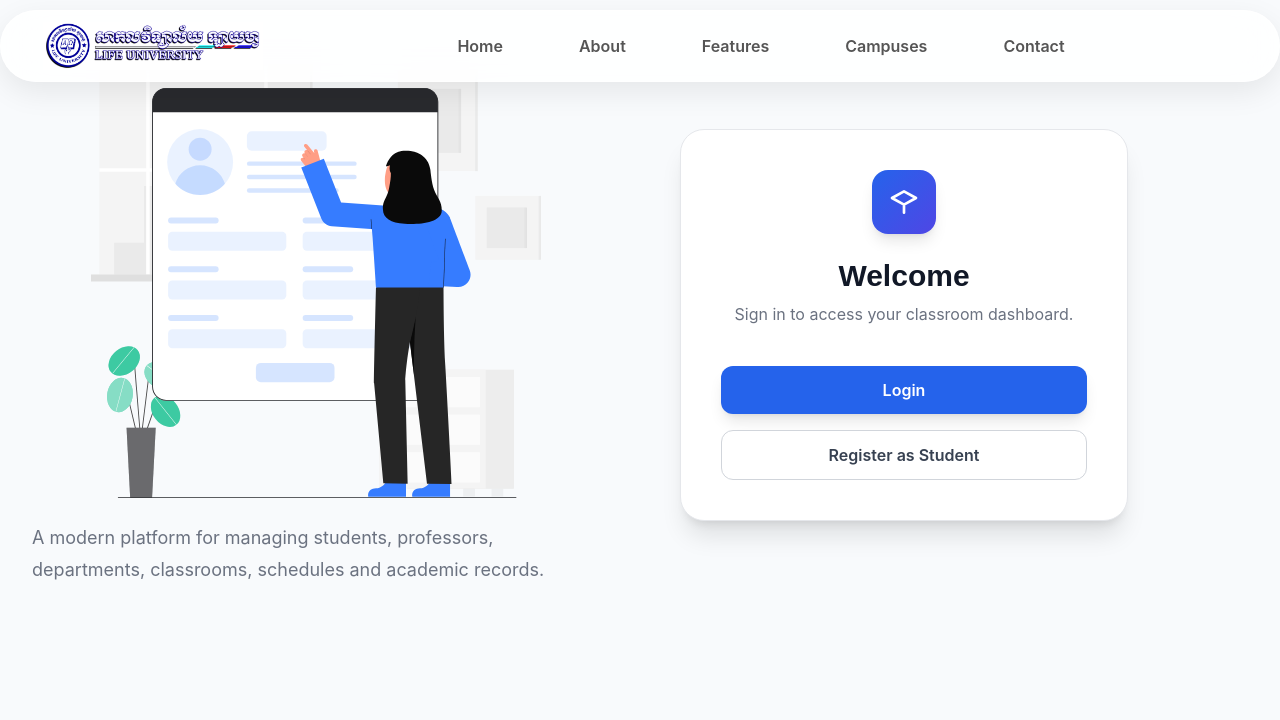
Repository: Chocovcandy/Classroom_Management_System
Page: http://localhost/Login_page
The author's editor kept a copy of each file at every save. The page is drawn from the files as they stood at one save, then again after a run of saves.
The browser window is 1280 px wide. The pictures show the whole page.
Some web libraries are served in a nearby version. The page is served by the project's Laravel application, run on PHP 8.4 with Laravel 12. Other server files are loaded and not shown.

Above is the page before, as saved 2026-08-12 09:54:11.

### routes/web.php
<?php

use App\Http\Controllers\ProfileController;
use App\Http\Controllers\RoleSelectController;
use Illuminate\Support\Facades\Route;
use App\Http\Controllers\Admin\DepartmentController;
use App\Http\Controllers\Admin\UserController;

//public routes
Route::get('/', function () {
    return view('welcome');
})->name('welcome');

Route::get('/Login_page', function () {
    return view('Login_page');
})->name('Login_page');


// Authentication routes (login, register, etc.) are provided by Breeze
Route::middleware(['auth'])->group(function () {

    // Role selection (after login)
    Route::get('/role/select', [RoleSelectController::class, 'show'])
        ->name('role.select');

    Route::post('/role/select', [RoleSelectController::class, 'store'])
        ->name('role.select.store');

    // Profile (any logged-in user)
    Route::controller(ProfileController::class)->group(function () {
        Route::get('/profile', 'edit')->name('profile.edit');
        Route::patch('/profile', 'update')->name('profile.update');
        Route::delete('/profile', 'destroy')->name('profile.destroy');
    });

    // Admin routes
    Route::prefix('admin')
        ->name('admin.')
        ->middleware(['role:Admin'])
        ->group(function () {

            Route::view('/dashboard', 'admin.dashboard')
                ->name('dashboard');

            Route::resource('users', UserController::class);
            Route::resource('departments', DepartmentController::class);
        });

 // Dean rputes
    Route::prefix('dean')
        ->name('dean.')
        ->middleware(['role:Dean'])
        ->group(function () {
            Route::view('/dashboard', 'dean.dashboard')
                ->name('dashboard');
        });

    //HoD routes
    Route::prefix('hod')
        ->name('hod.')
        ->middleware(['role:HoD'])
        ->group(function () {
            Route::view('/dashboard', 'hod.dashboard')
                ->name('dashboard');
        });

    // Professor routes
    Route::prefix('professor')
        ->name('professor.')
        ->middleware(['role:Professor'])
        ->group(function () {
            Route::view('/dashboard', 'professor.dashboard')
                ->name('dashboard');
        });

    // Student routes
    Route::prefix('student')
        ->name('student.')
        ->middleware(['role:Student'])
        ->group(function () {
            Route::view('/dashboard', 'student.dashboard')
                ->name('dashboard');
        });


});

require __DIR__.'/auth.php';

### resources/views/Login_page.blade.php
<!DOCTYPE html>
<html lang="en">

<head>
    <meta charset="UTF-8">
    <meta name="viewport" content="width=device-width, initial-scale=1.0">
    <!--=============== BOXICONS ===============-->
    <link rel="stylesheet" href="https://cdn.jsdelivr.net/npm/boxicons@latest/css/boxicons.min.css">

    <link rel="stylesheet" href="/assets/css/style.css">

    <title>Classroom Management System</title>

    <!-- Tailwind CDN (quick setup) -->
    <script src="https://cdn.tailwindcss.com"></script>
</head>
<body>

    <!--=============== HEADER ===============-->
    <header class="header">
        <nav class="nav container">
            <!-- Logo -->
            <a href="#" class="nav__brand">
                <img src="../assets/img/Life_Un_logo.png" alt="Life University" class="LU_logo">
            </a>
            <!-- Menu -->
            <div class="nav__menu">
                <ul class="nav__list">

                    <li class="nav__item">
                        <a href="#home" class="nav__link">Home</a>
                    </li>

                    <li class="nav__item">
                        <a href="#about" class="nav__link">About</a>
                    </li>

                    <li class="nav__item">
                        <a href="#features" class="nav__link">Features</a>
                    </li>

                    <li class="nav__item">
                        <a href="#campuses" class="nav__link">Campuses</a>
                    </li>

                    <li class="nav__item">
                        <a href="#contact" class="nav__link">Contact</a>
                    </li>
                </ul>
            </div>
        </nav>
    </header>
            <div class="min-h-screen bg-slate-50">


                <div class="max-w-7xl mx-auto px-8 py-16 grid lg:grid-cols-2 gap-20 items-center">
                    <div>

                        <div class="img_svg8">
                            <x-icons.form />
                        </div>

                        <p class="mt-6 text-lg text-gray-500 leading-8">

                            A modern platform for managing students,
                            professors, departments, classrooms,
                            schedules and academic records.

                        </p>

                        <!-- <div class="grid grid-cols-2 gap-5 mt-10">

                            <div class="bg-white rounded-2xl p-5 shadow">
                                Student Management
                            </div>

                            <div class="bg-white rounded-2xl p-5 shadow">
                                Professor Management
                            </div>

                            <div class="bg-white rounded-2xl p-5 shadow">
                                Schedule Management
                            </div>

                            <div class="bg-white rounded-2xl p-5 shadow">
                                Department Management
                            </div>

                        </div> -->

                    </div>


                    <!-- Right -->

                    <div class="w-full max-w-md bg-white rounded-3xl border border-gray-200 shadow-xl p-10">

                        <!-- Header -->
                        <div class="text-center">

                            <div
                                class="mx-auto flex h-16 w-16 items-center justify-center rounded-2xl bg-gradient-to-br from-blue-600 to-indigo-600 shadow-lg">
                                <svg xmlns="http://www.w3.org/2000/svg" class="h-8 w-8 text-white" fill="none"
                                    viewBox="0 0 24 24" stroke="currentColor">

                                    <path stroke-linecap="round" stroke-linejoin="round" stroke-width="2"
                                        d="M12 14l9-5-9-5-9 5 9 5zm0 0v6m0-6L3 9m9 5l9-5" />

                                </svg>
                            </div>

                            <h2 class="mt-6 text-3xl font-bold text-gray-900">
                                Welcome
                            </h2>

                            <p class="mt-2 text-gray-500">
                                Sign in to access your classroom dashboard.
                            </p>

                        </div>

                        @guest

                            <div class="mt-10 space-y-4">

                                <a href="{{ route('login') }}"
                                    class="flex items-center justify-center rounded-xl bg-blue-600 py-3 font-semibold text-white shadow-lg hover:bg-blue-700 hover:shadow-xl transition duration-300">

                                    Login

                                </a>

                                @if (Route::has('register'))

                                    <a href="{{ route('register') }}"
                                        class="flex items-center justify-center rounded-xl border border-gray-300 bg-white py-3 font-semibold text-gray-700 hover:bg-gray-50 transition duration-300">

                                        Register as Student

                                    </a>

                                @endif

                            </div>

                        @endguest


                        @auth

                            @php
                                $role = auth()->user()->roles->first()->role_name ?? 'User';
                            @endphp

                            <div class="mt-8">

                                <!-- User Card -->
                                <div class="rounded-2xl bg-slate-50 border border-slate-200 p-5 text-center">

                                    <div
                                        class="mx-auto flex h-14 w-14 items-center justify-center rounded-full bg-blue-100 text-blue-700 font-bold text-xl">

                                        {{ strtoupper(substr(auth()->user()->name, 0, 1)) }}

                                    </div>

                                    <h3 class="mt-4 text-xl font-semibold text-gray-900">
                                        {{ auth()->user()->name }}
                                    </h3>

                                    <span
                                        class="inline-flex mt-2 rounded-full bg-blue-100 px-3 py-1 text-sm font-medium text-blue-700">

                                        {{ $role }}

                                    </span>

                                </div>

                                <!-- Dashboard Button -->

                                @if ($role === 'Admin')
                                <a href="{{ route('admin.dashboard') }}" @elseif ($role === 'Dean')
                                href="{{ route('dean.dashboard') }}" @elseif ($role === 'HoD')
                                    href="{{ route('hod.dashboard') }}" @elseif ($role === 'Professor')
                                    href="{{ route('professor.dashboard') }}" @elseif ($role === 'Student')
                                    href="{{ route('student.dashboard') }}" @endif
                                    class="mt-6 flex justify-center rounded-xl bg-emerald-600 py-3 font-semibold text-white shadow-lg hover:bg-emerald-700 transition">

                                    Go to Dashboard

                                </a>

                                <form method="POST" action="{{ route('logout') }}" class="mt-4">
                                    @csrf

                                    <button type="submit"
                                        class="w-full rounded-xl border border-red-300 py-3 font-medium text-red-600 hover:bg-red-50 transition">

                                        Logout

                                    </button>

                                </form>

                            </div>

                        @endauth

                    </div>
                </div>



            </div>

    </div>


</body>

</html>

Loaded but not shown: routes/auth.php (common file); app/Http/Controllers/Auth/EmailVerificationPromptController.php (common file); app/Http/Controllers/Controller.php (common file); app/Http/Controllers/Auth/VerifyEmailController.php (common file); resources/views/components/icons/form.blade.php (142 lines, source omitted); public/assets/css/style.css (946 lines, source omitted)

After the next 3 saves:
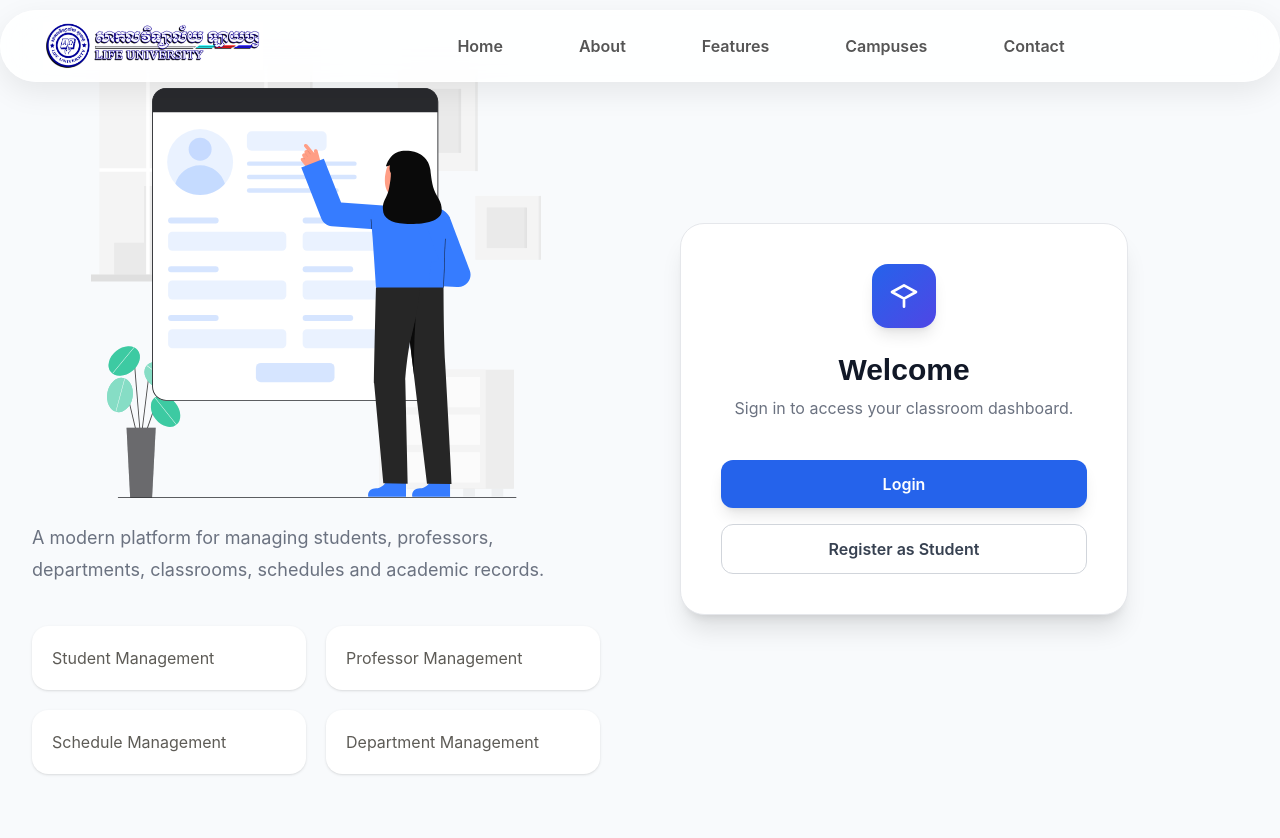
The 3 saves are shown as one change because they came seconds apart.
The last was saved 28 s later.
--- a/resources/views/Login_page.blade.php
+++ b/resources/views/Login_page.blade.php
@@ -68,7 +68,7 @@
 
                         </p>
 
-                        <!-- <div class="grid grid-cols-2 gap-5 mt-10">
+                        <div class="grid grid-cols-2 gap-5 mt-10">
 
                             <div class="bg-white rounded-2xl p-5 shadow">
                                 Student Management
@@ -86,7 +86,7 @@
                                 Department Management
                             </div>
 
-                        </div> -->
+                        </div>
 
                     </div>
 
